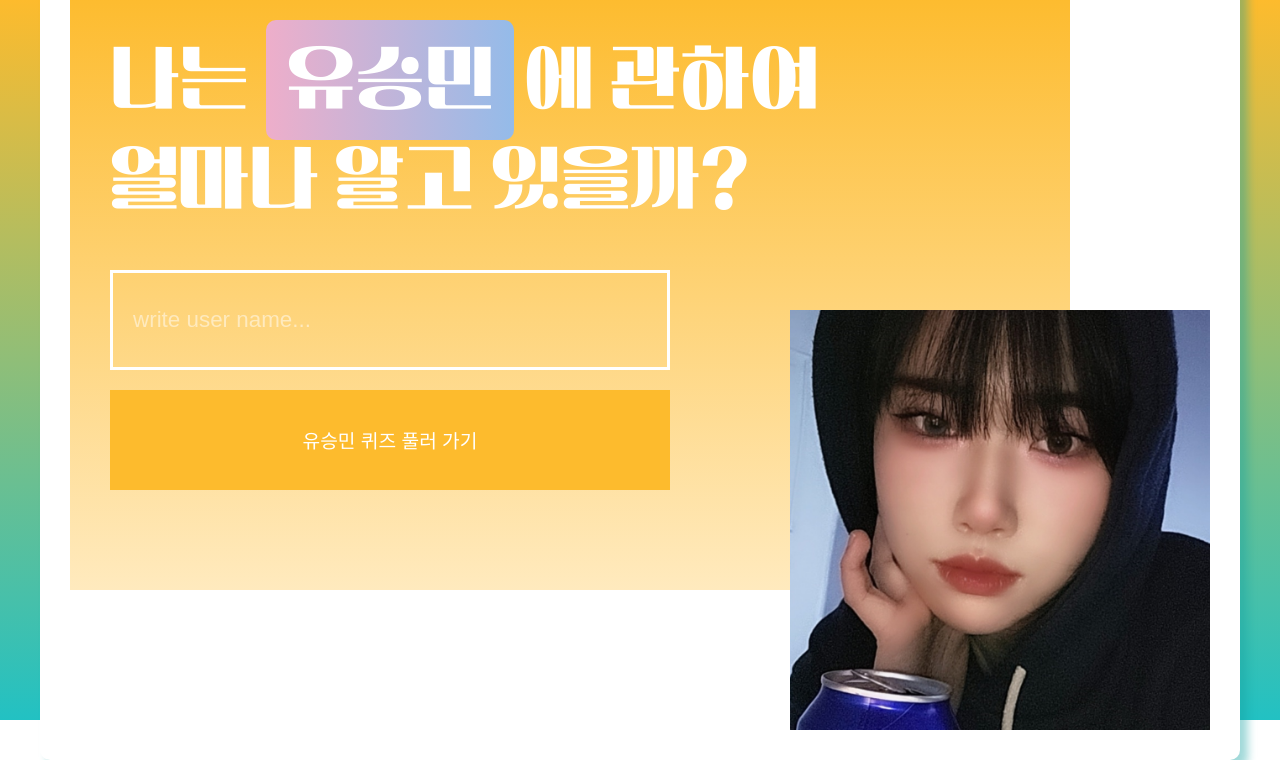
Repository: dnjfht/quiz3
Page: /
The author's editor kept a copy of each file at every save. The page is drawn from the files as they stood at one save, then again after the next save.
The browser window is 1280 px wide. The pictures show the whole page.
The project was rebuilt for these pictures with package versions that can differ from the ones it lists, and the page was loaded fresh each time. Also part of the build but not shown: src/components/Progress.js, src/components/Quiz.js, src/components/Score.js, src/components/Message.js, src/components/Ranking.js, src/components/NotPage.js.

Above is the page before, as saved 2023-04-15 23:02:10.

### src/index.js
import React from "react";
import ReactDOM from "react-dom/client";
import "./index.css";
import App from "./App";
import reportWebVitals from "./reportWebVitals";
import { BrowserRouter } from "react-router-dom";
import { Provider } from "react-redux";
import store from "./redux/config/configStore";

const root = ReactDOM.createRoot(document.getElementById("root"));
root.render(
  <Provider store={store}>
    <BrowserRouter>
      <App />
    </BrowserRouter>
  </Provider>
);

// If you want to start measuring performance in your app, pass a function
// to log results (for example: reportWebVitals(console.log))
// or send to an analytics endpoint. Learn more: https://bit.ly/CRA-vitals
reportWebVitals();

### src/index.css
body {
  margin: 0;
  font-family: -apple-system, BlinkMacSystemFont, "Segoe UI", "Roboto", "Oxygen",
    "Ubuntu", "Cantarell", "Fira Sans", "Droid Sans", "Helvetica Neue",
    sans-serif;
  -webkit-font-smoothing: antialiased;
  -moz-osx-font-smoothing: grayscale;
}

code {
  font-family: source-code-pro, Menlo, Monaco, Consolas, "Courier New",
    monospace;
}

@font-face {
  font-family: "ddalgifont";
  src: url("./fonts/고령딸기체+TTF.ttf");
}

@font-face {
  font-family: "chabfont";
  src: url("./fonts/chab.ttf");
}

@font-face {
  font-family: "ddagfont";
  src: url("./fonts/ddag.ttf");
}

### src/App.js
import styled from "styled-components";
import Router from "./shared/Router";

const Wrap = styled.div`
  width: 100%;
  height: 100vh;
  background: rgb(34, 193, 195);
  background: linear-gradient(
    0deg,
    rgba(34, 193, 195, 1) 0%,
    rgba(253, 187, 45, 1) 100%
  );

  position: relative;
`;

const ContentWrap = styled.div`
  width: 1200px;
  height: 800px;
  padding: 30px;
  box-sizing: border-box;
  background-color: white;
  border-radius: 10px;
  box-shadow: 8px 8px 8px rgba(21, 159, 161, 0.4);

  position: absolute;
  top: 50%;
  margin-top: -400px;
  left: 50%;
  margin-left: -600px;
`;

function App() {
  return (
    <Wrap>
      <ContentWrap>
        <Router />
      </ContentWrap>
    </Wrap>
  );
}

export default App;

### src/redux/config/configStore.js
import { combineReducers, createStore, applyMiddleware } from "redux";
import thunk from "redux-thunk";
import quiz from "../modules/quiz";
import rank from "../modules/rank";

const middlewares = [thunk];
// 미들웨어들도 하나로 묶어줘야 힘.

const rootReducer = combineReducers({
  quiz: quiz,
  rank: rank,
});

const enhancer = applyMiddleware(...middlewares);
// reducer 말고 옵셔널하게 추가하는 애들의 모음.
// 여기 미들웨어를 적용해 넣을 거임.

const store = createStore(rootReducer, enhancer);
export default store;

### src/shared/Router.js
import React from "react";
import { Routes, Route } from "react-router-dom";
import Start from "../components/Start";
import Quiz from "../components/Quiz";
import Score from "../components/Score";
import Message from "../components/Message";
import Ranking from "../components/Ranking";
import NotPage from "../components/NotPage";

export default function Router() {
  return (
    <>
      <Routes>
        <Route path="/" element={<Start />} />
        <Route path="/quiz" element={<Quiz />} />
        <Route path="/score" element={<Score />} />
        <Route path="/message" element={<Message />} />
        <Route path="/ranking" element={<Ranking />} />
        <Route path="*" element={<NotPage />} />
      </Routes>
    </>
  );
}

### src/redux/modules/quiz.js
// action value
const ADDUSERANSWER = "add_user_answer";
const RESETUSERANSWER = "reset_user_answer";

// action creator

export const AddUserAnswer = (payload) => {
  return {
    type: ADDUSERANSWER,
    payload: payload,
  };
};

export const ResetUserAnswer = (payload) => {
  return {
    type: RESETUSERANSWER,
    payload: payload,
  };
};

// initialState
const initialState = {
  name: "유승민",
  quiz_list: [
    {
      image: "assets/1.png",
      quiz: "승민의 mbti는 intj다?",
      answer: false,
    },
    {
      image: "assets/2.png",
      quiz: "승민은 공감을 잘해주는 사람을 좋아한다?",
      answer: true,
    },
    {
      image: "assets/3.png",
      quiz: "승민은 사람들이랑 대화하고 알아가는 것을 즐긴다?",
      answer: true,
    },
    {
      image: "assets/4.png",
      quiz: "승민은 자기개발하는걸 좋아한다?",
      answer: true,
    },
    {
      image: "assets/5.png",
      quiz: "승민의 관심있을 때 하는 행동은 선톡을 하는 것이다?",
      answer: true,
    },
    {
      image: "assets/6.png",
      quiz: "승민은 불같은 연애보다 서로 믿고 의지할 수 있는 연애를 선호한다?",
      answer: true,
    },
    {
      image: "assets/7.png",
      quiz: "승민은 계획을 세우고 차근차근 계획에 옮기는걸 선호한다?",
      answer: true,
    },
    {
      image: "assets/8.png",
      quiz: "승민은 놀이기구 타는 것을 좋아한다?",
      answer: false,
    },
    {
      image: "assets/9.png",
      quiz: "승민은 고1 때부터 흡연을 했다?",
      answer: false,
    },
    {
      image: "assets/10.png",
      quiz: "승민은 소개팅을 나간 적이 있다?",
      answer: false,
    },
    {
      image: "assets/11.png",
      quiz: "승민은 소개팅과 같은 인위적인 만남을 좋아한다?",
      answer: false,
    },
    {
      image: "assets/12.png",
      quiz: "승민은 연인과 갈등이 있을 때 대화로 푸는 것을 선호한다?",
      answer: true,
    },
    {
      image: "assets/13.png",
      quiz: "승민은 연애할 때 항상 상대방의 기분이 우선이다?",
      answer: true,
    },
    {
      image: "assets/14.png",
      quiz: "승민은 좋아하는 사람에게 선물주는 것을 좋아한다?",
      answer: true,
    },
    {
      image: "assets/15.png",
      quiz: "승민은 감수성이 풍부해서 슬픈 영화나 만화를 보고 잘 운다?",
      answer: true,
    },
    {
      image: "assets/16.png",
      quiz: "승민은 본래 무뚝뚝한 성격이다?",
      answer: true,
    },
    {
      image: "assets/17.png",
      quiz: "승민의 노래방 18번곡은 나비무덤이다?",
      answer: false,
    },
    {
      image: "assets/18.png",
      quiz: "승민은 핫플을 돌아다니면서 맛집 탐방을 하고 사진 찍는 데이트를 선호한다?",
      answer: true,
    },
    {
      image: "assets/19.png",
      quiz: "승민은 연애할 때 꽃이나 편지 받는걸 좋아한다?",
      answer: true,
    },
    {
      image: "assets/20.png",
      quiz: "승민은 번호를 따인 적이 있다?",
      answer: false,
    },
  ],
  user_answer: [],
  result_text: {
    40: "나랑 친하지 않은가보군?😑",
    60: "나랑 좀 더 친해져야겠다🙃",
    80: "내적 친밀감 80퍼센트!😎",
    100: "뭐야, 넌 내 소울메이트...!?💖",
  },
};

// reducer

const quiz = (state = initialState, action) => {
  switch (action.type) {
    case ADDUSERANSWER: {
      const newUserAnswer = [...state.user_answer, action.payload];
      return { ...state, user_answer: newUserAnswer };
    }
    case RESETUSERANSWER: {
      return { ...state, user_answer: [] };
    }
    default:
      return state;
  }
};

export default quiz;

### src/redux/modules/rank.js
import { db } from "../../firebase";
import {
  collection,
  getDocs,
  addDoc,
  doc,
  updateDoc,
  deleteDoc,
  getDoc,
} from "firebase/firestore";

// action value
const ADDUSERNAME = "add_user_name";
const GETRANK = "get_rank";
const ADDRANK = "add_rank";

// action creator
export const GetRank = (payload) => {
  return {
    type: GETRANK,
    payload: payload,
  };
};

export const AddUserName = (payload) => {
  return {
    type: ADDUSERNAME,
    payload: payload,
  };
};

export const AddRank = (payload) => {
  return {
    type: ADDRANK,
    payload: payload,
  };
};

export const loadQuizFB = () => {
  return async function (dispatch) {
    const quiz_data = await getDocs(collection(db, "quiz"));
    console.log(quiz_data);

    let quiz_list = [];

    quiz_data.forEach((doc) => {
      console.log(doc.data());
      quiz_list.push({ id: doc.id, ...doc.data() });
    });

    console.log(quiz_list);

    dispatch(GetRank(quiz_list));
  };
};

export const addQuizFB = (payload) => {
  return async function (dispatch) {
    const docRef = await addDoc(collection(db, "quiz"), payload);
    const _quiz = await getDoc(docRef);
    const quiz = { id: _quiz.id, ..._quiz.data() };
    dispatch(AddRank(quiz));

    // 추가한 데이터 중 id를 가져와서 bucket_data 만들기.
    // const bucket_data = { id: docRef.id, ...payload };
    // // 마지막으로 액션 일으키기 (수정해달라고 요청)
    // dispatch(createWidget(bucket_data));
  };
};

// initialState
const initialState = {
  user_name: "",
  rank: [
    // { score: 100, name: "방가방가", comment: "다들 잘생겼다" },
    // { score: 40, name: "이하늘", comment: "너무 어려운데..." },
    // { score: 60, name: "오하요~!", comment: "잘 생긴 사람이 곧 이상형" },
  ],
};

// reducer
const rank = (state = initialState, action) => {
  switch (action.type) {
    case GETRANK: {
      console.log(action.payload);
      return { ...state, rank: action.payload };
    }
    case ADDUSERNAME: {
      return { ...state, user_name: action.payload };
    }
    case ADDRANK: {
      const new_rank_data = [...state.rank, action.payload];
      return { ...state, rank: new_rank_data };
    }
    default:
      return state;
  }
};
export default rank;

### src/components/Start.js
import React from "react";
import styled from "styled-components";
import { useRef } from "react";
import { useDispatch, useSelector } from "react-redux";
import { useNavigate } from "react-router-dom";
import { AddUserName } from "../redux/modules/rank";

const Wrap = styled.div`
  width: 100%;
  height: 100%;
`;

const Square = styled.div`
  width: 1000px;
  height: 600px;
  padding: 40px;
  box-sizing: border-box;
  background: rgb(255, 234, 190);
  background: linear-gradient(
    0deg,
    rgba(255, 234, 190, 1) 0%,
    rgba(253, 187, 45, 1) 100%
  );

  display: flex;
  flex-direction: column;
  align-items: flex-start;

  position: relative;
`;

const Title = styled.h3`
  margin: 0;

  font-family: "ddagfont";
  font-size: 4.6rem;
  font-weight: lighter;
  color: #fff;

  & > span {
    margin-right: 10px;
    padding: 10px 20px;
    background: rgb(238, 174, 202);
    background: linear-gradient(
      90deg,
      rgba(238, 174, 202, 1) 0%,
      rgba(148, 187, 233, 1) 100%
    );
    border-radius: 10px;
  }
`;

const ImgWrap = styled.img`
  width: 420px;
  height: 420px;

  position: absolute;
  bottom: -140px;
  right: -140px;
`;

const UserNameInput = styled.input`
  width: 560px;
  height: 100px;
  margin-top: 40px;
  padding: 20px;
  box-sizing: border-box;
  background-color: transparent;
  border: 3px solid #fff;

  color: white;
  font-size: 1.4rem;

  outline: none;

  &::placeholder {
    color: rgba(255, 255, 255, 0.5);
  }
`;

const Button = styled.button`
  width: 560px;
  height: 100px;
  margin-top: 20px;
  background-color: #fdbb2d;
  border: none;

  font-size: 1.2rem;
  color: white;

  transition: all 0.5s;

  &:hover {
    background-color: white;
    border: 3px solid #fdbb2d;

    color: #fdbb2d;
    font-weight: 400;

    cursor: pointer;
  }
`;

export default function Start() {
  const dispatch = useDispatch();
  const navigate = useNavigate();

  const name = "유승민";

  const randomNumber = Math.floor(Math.random() * 10);

  const userNameInputRef = useRef(null);

  const handleAddUserName = (event) => {
    event.preventDefault();

    dispatch(AddUserName(userNameInputRef.current.value));

    userNameInputRef.current.value = "";

    navigate("/quiz");
  };

  const quiz_list = useSelector((state) => state.quiz.quiz_list);

  return (
    <Wrap>
      <Square>
        <Title>
          나는 <span>{name}</span>에 관하여
          <br />
          얼마나 알고 있을까?
        </Title>

        <ImgWrap
          src={process.env.PUBLIC_URL + `${quiz_list[randomNumber].image}`}
        />

        <UserNameInput
          type="text"
          placeholder="write user name..."
          ref={userNameInputRef}
        />

        <Button onClick={handleAddUserName}>{`${name} 퀴즈 풀러 가기`}</Button>
      </Square>
    </Wrap>
  );
}

### src/firebase.js
// Import the functions you need from the SDKs you need
import { initializeApp } from "firebase/app";
import { getFirestore } from "firebase/firestore";
// TODO: Add SDKs for Firebase products that you want to use
// https://firebase.google.com/docs/web/setup#available-libraries

// Your web app's Firebase configuration
// For Firebase JS SDK v7.20.0 and later, measurementId is optional
const firebaseConfig = {
  apiKey: "AIzaSyAQCzx3TeRMhfQ14uI1xPuxKIeyOukr2zs",
  authDomain: "seungmin-s-quiz2.firebaseapp.com",
  projectId: "seungmin-s-quiz2",
  storageBucket: "seungmin-s-quiz2.appspot.com",
  messagingSenderId: "764474150624",
  appId: "1:764474150624:web:e3932df48db64f86c44a85",
  measurementId: "G-NK0EYYQQFF",
};

// Initialize Firebase
const app = initializeApp(firebaseConfig);
export const db = getFirestore(app);

Loaded but not shown: public/index.html (common file); src/reportWebVitals.js (common file)

After the next save:
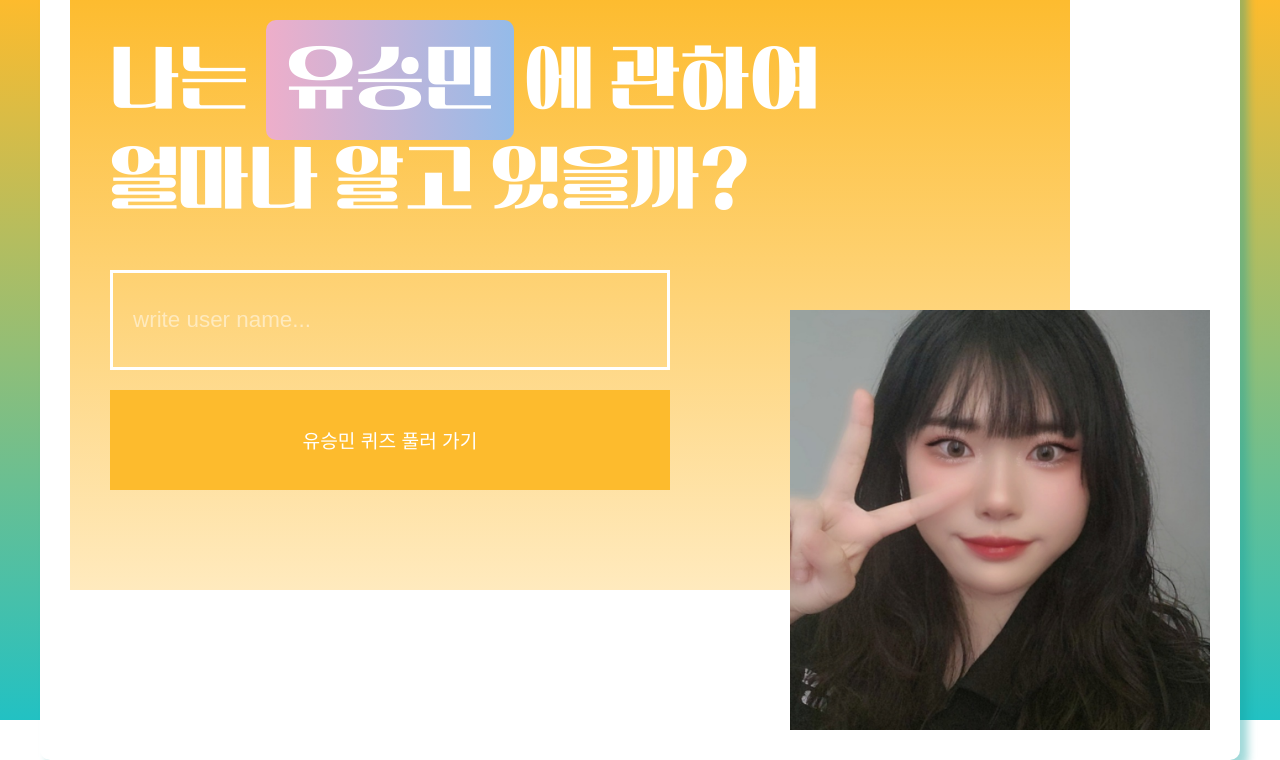
Saved 2 min 19 s later.
--- a/src/components/Start.js
+++ b/src/components/Start.js
@@ -107,7 +107,7 @@ export default function Start() {
 
   const name = "유승민";
 
-  const randomNumber = Math.floor(Math.random() * 10);
+  const randomNumber = Math.floor(Math.random() * 10) + 10;
 
   const userNameInputRef = useRef(null);
 
